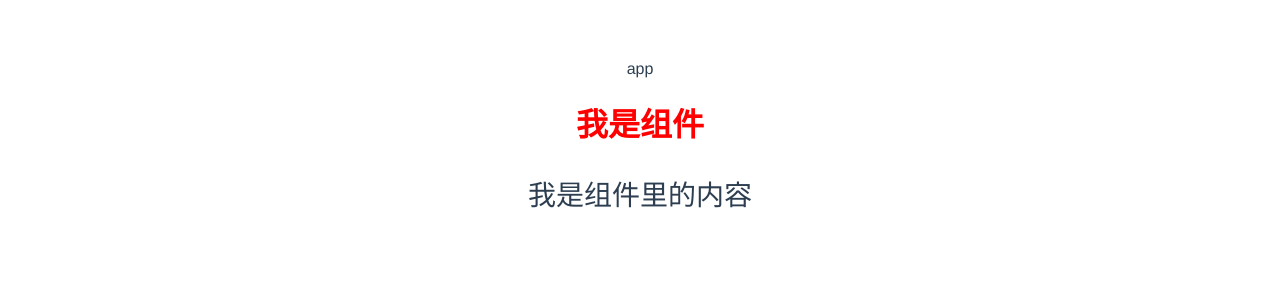
Repository: 12baby/project
Page: /#/about
The author's editor kept a copy of each file at every save. The page is drawn from the files as they stood at one save, then again after a run of saves.
The browser window is 1280 px wide. The pictures show the whole page.
The project was rebuilt for these pictures with package versions that can differ from the ones it lists, and the page was loaded fresh each time. Also part of the build but not shown: vue.config.js, src/views/Home.vue.

Above is the page before, as saved 2019-04-09 14:46:30.

### src/main.js
import Vue from "vue";
import App from "./App.vue";
import router from "./router/index";
import store from "./store/index";
import * as axios from "./common/Utils/Http";

Vue.config.productionTip = false;
Vue.prototype.axios = axios;
new Vue({
  router,
  store,
  render: h => h(App)
}).$mount("#app");

### src/App.vue
<template>
  <div id="app">
    app
    <HelloWorld msg="我是组件"/>
     <router-view></router-view>
  </div>
</template>

<script>
import HelloWorld from './components/HelloWorld/HelloWorld.vue'

export default {
  name: 'app',
  components: {
    HelloWorld
  }
}
</script>

<style>
#app {
  font-family: 'Avenir', Helvetica, Arial, sans-serif;
  -webkit-font-smoothing: antialiased;
  -moz-osx-font-smoothing: grayscale;
  text-align: center;
  color: #2c3e50;
  margin-top: 60px;
}
</style>

### src/router/index.js
import Vue from 'vue';
import Router from 'vue-router';
import Home from '../views/Home.vue';
import Store from '../store/index.js'


Vue.use(Router);

/**
 * mate对象中属性的说明
 *
 * requireAuth   是否缓存组件 true-缓存 false-不缓存   注：属性不存在等同于false
 * loading       全局loading显示  true-显示 false-不显示 注：属性不存在等同于false
 *  */
let arry = [
  {
    path: '/',
    name: 'home',
    component: Home,
    meta: { requireAuth: false }
  },
  {
    path: '/about',
    name: 'About',
    component: () => import(/* webpackChunkName: "about" */ '../views/About.vue')
  }
]

const router = new Router();
// 路由跳转
router.beforeEach((to, from, next) => {

  // 是否显示全局loading加载
  if (to.meta.loading) {
    Store.state.globalLoading = true;
  } else {
    Store.state.globalLoading = false;
  }

  next();
})

export default router

### src/store/index.js
import Vue from 'vue';
import Vuex from 'vuex';
import Order from './Order/order.js'; // 其他页面的一个 vuex
Vue.use(Vuex);

const store = new Vuex.Store({
  state: {
    globalLoading: false  // 全局loading加载显示
  },
  getters: {

  },
  mutations: {

  },
  actions: {

  },
  modules: {
    Order: Order
  }
})

export default store

### src/common/Utils/Http.js
// 引用axios
import axios from "axios";


if (process.env.NODE_ENV == "production") {
  axios.defaults.baseURL = "../";
} else {
  axios.defaults.baseURL = "/api";
}

axios.interceptors.request.use(
  config => {
    // 包装请求参数
    let requestData = config.data;
    config.data = JSON.stringify(requestData);
    // console.log("request data:", config.url, config.data)
    setHeader(config);
    return config;
  },
  err => {
    return Promise.reject(err);
  }
);

/**
 * 设置header信息
 * @param config
 */
function setHeader(config) {
  let time = new Date().getTime();
  // let token = getToken();
  let token = '702_2c9d6246dfdb97065811517fb509ffa5'
  config.headers["Content-Type"] = "application/json";
  config.headers["time"] = time;
  config.headers["token"] = token;
  config.headers["sign"] = sign;
}

/**
 * fetch 请求方法
 * @param url
 * @param params
 * @returns {Promise}
 */
export function fetch(url, params = {}) {
  return new Promise((resolve, reject) => {
    axios
      .get(url, {
        params: params
      })
      .then(response => {
        resolve(response.data);
      })
      .catch(err => {
        reject(err);
      });
  });
}

/**
 * post 请求方法
 * @param url
 * @param data
 * @returns {Promise}
 */
export function post(url, data = {}) {
  return new Promise((resolve, reject) => {
    axios.post(url, data).then(
      response => {
        resolve(response.data);
      },
      err => {
        reject(err);
      }
    );
  });
}

/**
 * patch 方法封装
 * @param url
 * @param data
 * @returns {Promise}
 */
export function patch(url, data = {}) {
  return new Promise((resolve, reject) => {
    axios.patch(url, data).then(
      response => {
        resolve(response.data);
      },
      err => {
        reject(err);
      }
    );
  });
}

/**
 * put 方法封装
 * @param url
 * @param data
 * @returns {Promise}
 */
export function put(url, data = {}) {
  return new Promise((resolve, reject) => {
    axios.put(url, data).then(
      response => {
        resolve(response.data);
      },
      err => {
        reject(err);
      }
    );
  });
}





/**
 * 设置storage
 * @param name
 * @param value
 */
export function setStorageItem(name, value) {
  if (value) {
    window.sessionStorage.setItem(name, JSON.stringify(value));
  }
}

/**
 * 获取storage
 * @param name
 * @param value
 */
export function getStorageItem(name) {
  let value = window.sessionStorage.getItem(name);
  return value == null ? '' : JSON.parse(value);
}

/**
 * 删除storage
 * @param name
 * @param value
 */
export function delStorageItem(name) {
  window.sessionStorage.removeItem(name);
}

/**
 * 清空storage
 * @param name
 * @param value
 */
export function clearStorage() {
  window.sessionStorage.clear();
}

/** *************************************************** 业务方法 ***************************************************/
/**
 * 设置用户
 * @returns {*}
 */
export function setUser(user) {
  return setStorageItem('user', user);
}
/**
 * 获取用户
 * @returns {*}
 */
export function getUser() {
  return getStorageItem('user');
}
/**
 * 设置用户token
 * @returns {*}
 */
export function setToken(token) {
  return setStorageItem('token', token);
}

/**
 * 获取用户token
 * @returns {*}
 */
export function getToken() {
  return getStorageItem('token');
}

### src/components/HelloWorld/HelloWorld.vue
<template>
  <div class="hello">
    <h1>{{ msg }}</h1>
    <p>我是组件里的内容</p>
  </div>
</template>

<script>
export default {
  name: "HelloWorld",
  props: {
    msg: String,
  },
  methods: {
    getData(){

    }
  }
};
</script>
<style scoped lang="less">
@import url("../HelloWorld/less/index.less");
</style>

### src/store/Order/order.js
const Order = {
  namespaced: true,
  state: {

  },
  actions: {

  },
  mutations: {

  }
}
export default Order;

### src/components/HelloWorld/less/index.less
.hello{
    h1{
        color: red
    }
    p{
        font-size: 28px;
    }
}

Loaded but not shown: public/index.html (common file)

After the next 4 saves:
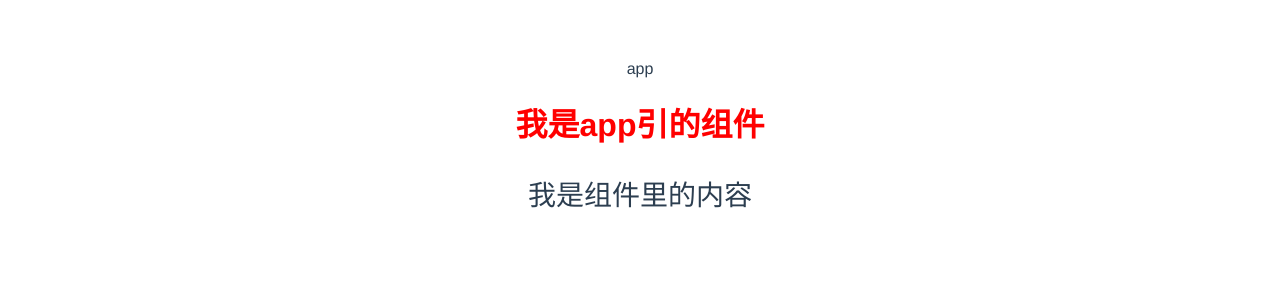
The 4 saves are shown as one change because they came seconds apart.
The last was saved 12 s later.
--- a/src/App.vue
+++ b/src/App.vue
@@ -1,7 +1,7 @@
 <template>
   <div id="app">
     app
-    <HelloWorld msg="我是组件"/>
+    <HelloWorld msg="我是app引的组件"/>
      <router-view></router-view>
   </div>
 </template>
